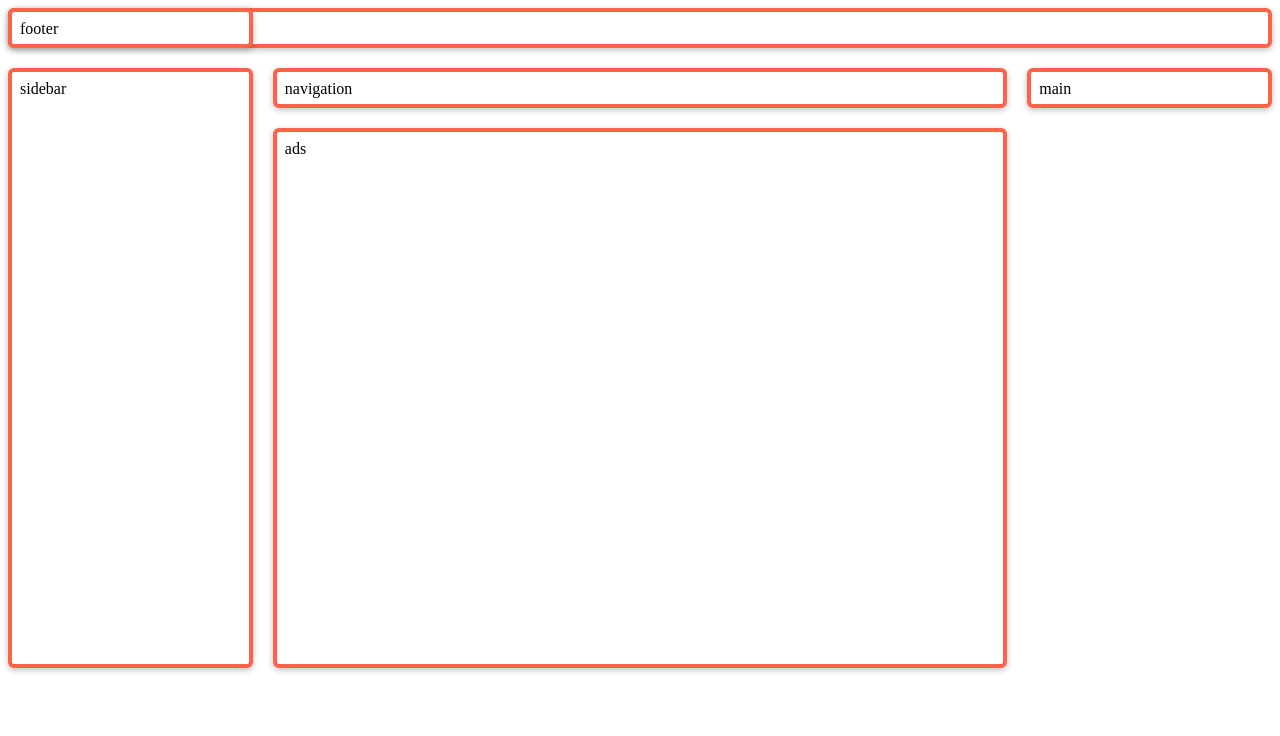
Repository: cokoduwa/css-layouts
Page: grid-exercises/03-page-layout/layout.html
The author's editor kept a copy of each file at every save. The page is drawn from the files as they stood at one save, then again after the next save.
The browser window is 1280 px wide. The pictures show the whole page.

Above is the page before, as saved 2022-09-30 20:40:22.

After the next save:
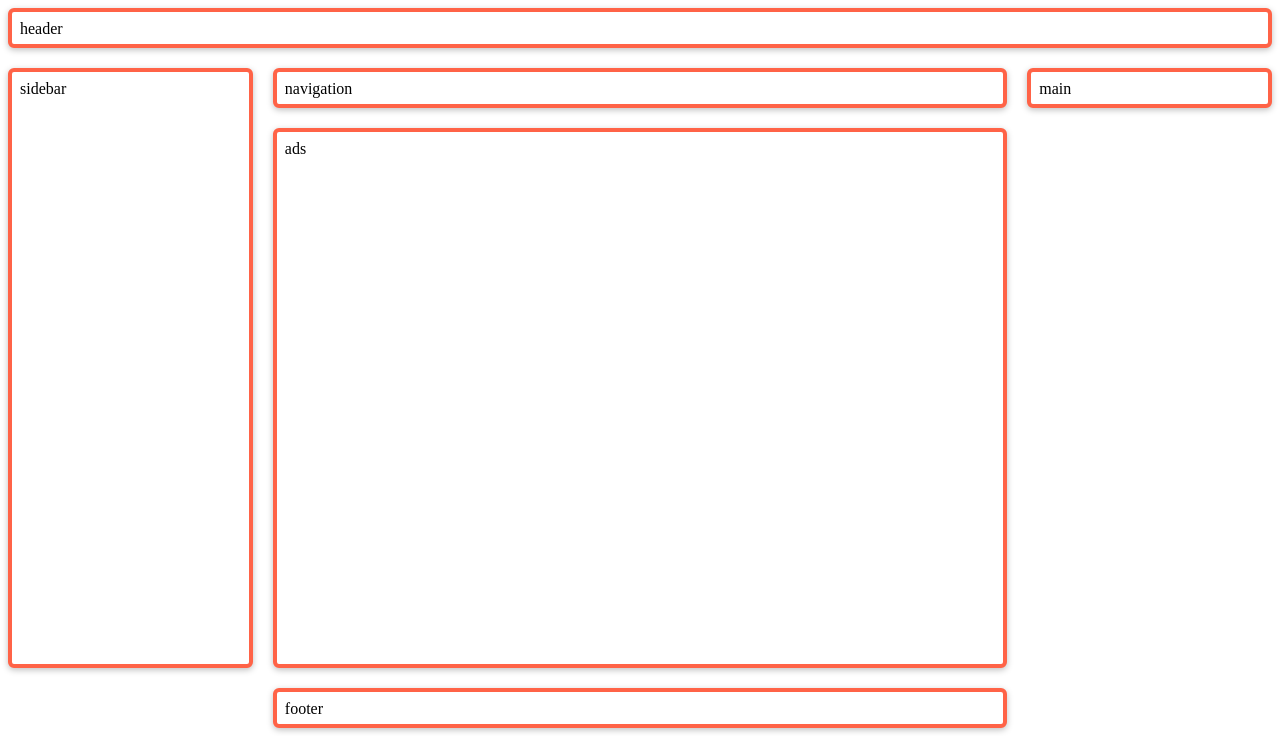
Saved 13 s later.
--- a/grid-exercises/03-page-layout/style.css
+++ b/grid-exercises/03-page-layout/style.css
@@ -29,6 +29,4 @@
 
 .footer {
   grid-column-start: 2;
-  grid-column-end: 1;
-  grid-row-start: 1;
 }
